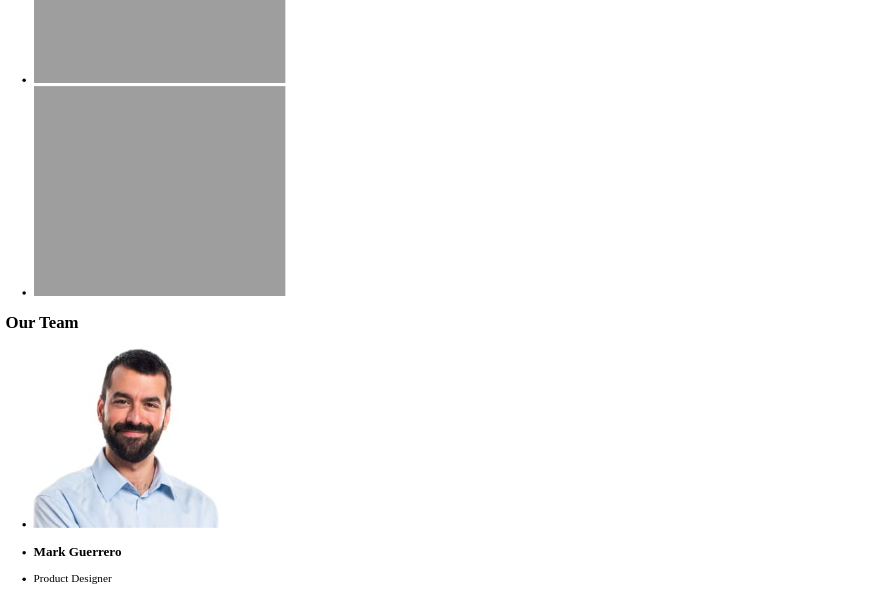
Repository: GrishchenkoNataliya/goit-markup-hw-02
Page: index.html
The author's editor kept a copy of each file at every save. The page is drawn from the files as they stood at one save, then again after the next save.
The browser window is 1280 px wide. The pictures show the part of the page from y = 1100 to 3020 px (the page is 1952 px tall before and 3020 px after), at 70% of full size.
Pictures or frames that could not be fetched are drawn as grey boxes.

Above is the page before, as saved 2023-02-26 00:09:27.

After the next save:
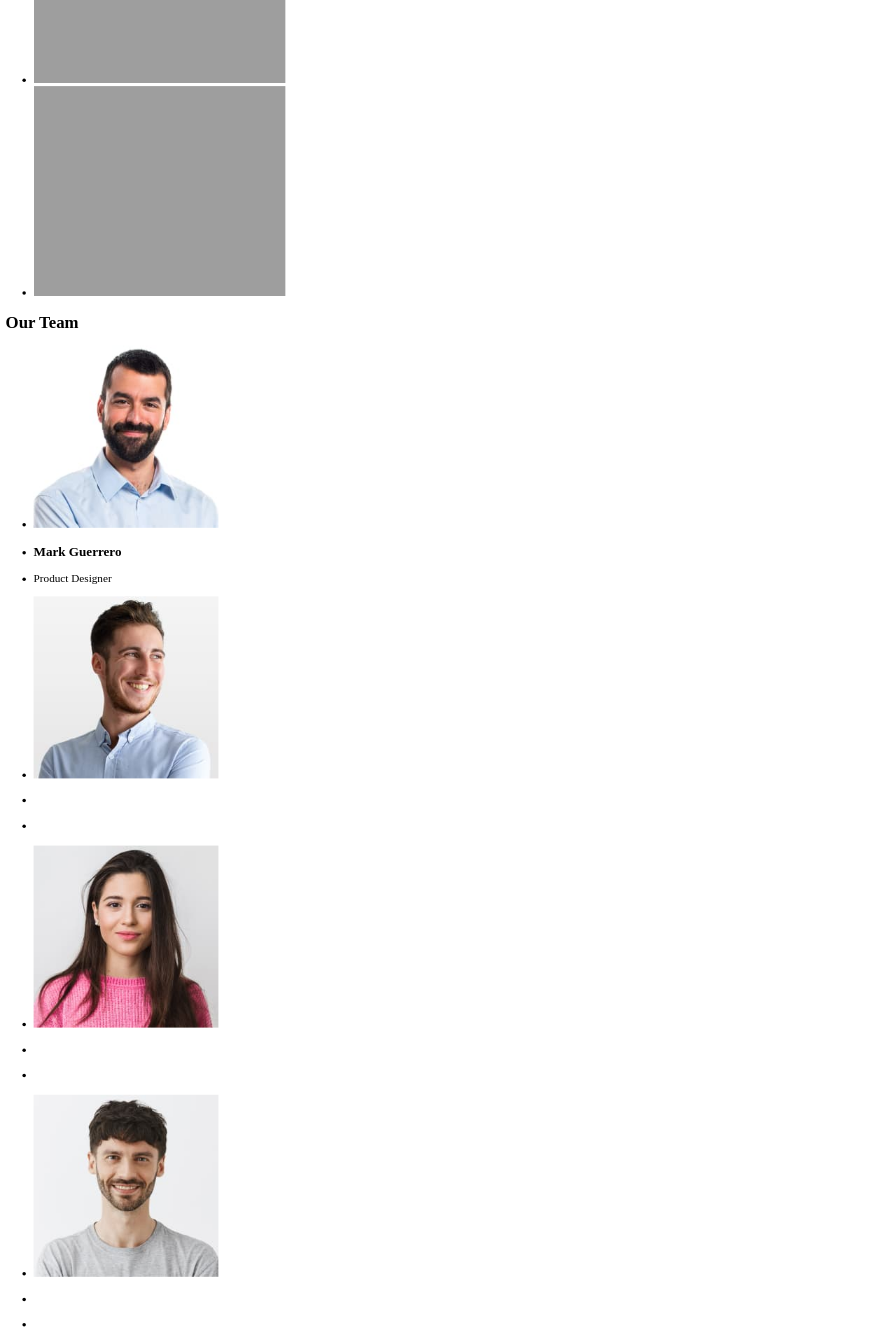
Saved 4 min 49 s later.
--- a/index.html
+++ b/index.html
@@ -87,6 +87,21 @@
           <li><h3>Mark Guerrero</h3></li>
           <li><p>Product Designer</p></li>
         </ul>
+        <ul>
+          <li><img src="./images/img2.jpg" alt="" width="" height="" /></li>
+          <li><h3></h3></li>
+          <li><p></p></li>
+        </ul>
+        <ul>
+          <li><img src="./images/img3.jpg" alt="" width="" height="" /></li>
+          <li><h3></h3></li>
+          <li><p></p></li>
+        </ul>
+        <ul>
+          <li><img src="./images/img4.jpg" alt="" width="" height="" /></li>
+          <li><h3></h3></li>
+          <li><p></p></li>
+        </ul>
       </section3>
     </main>
     <footer></footer>
